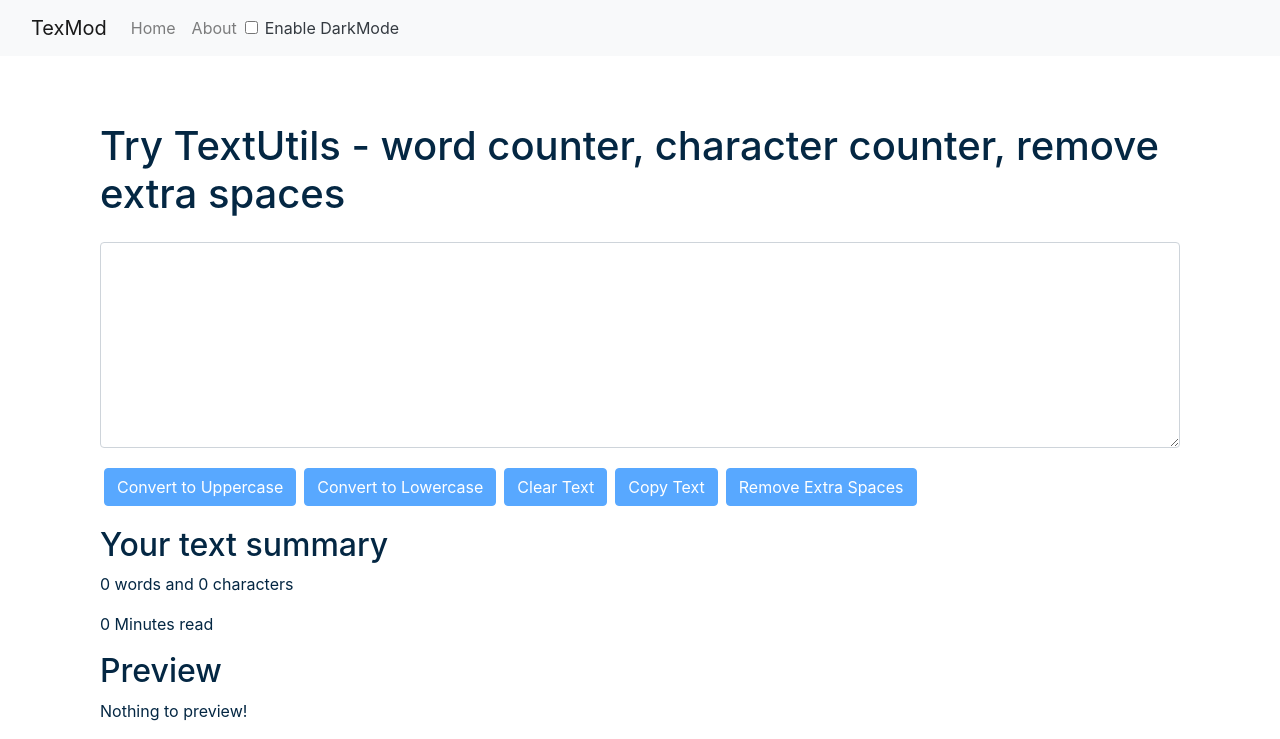
Repository: Ayush-dixit-15/TexMod
Page: /
These files come from the project's save history. The page is drawn as it stood at one moment and after the next save; the edit follows.
The browser window is 1280 px wide. The pictures show the whole page.
The project was rebuilt for these pictures with package versions that can differ from the ones it lists, and the page was loaded fresh each time. Also part of the build but not shown: src/index.css, src/App.css, src/components/About.js.

Above is the page before, as saved 2022-06-28 15:06:33.

After the next save:
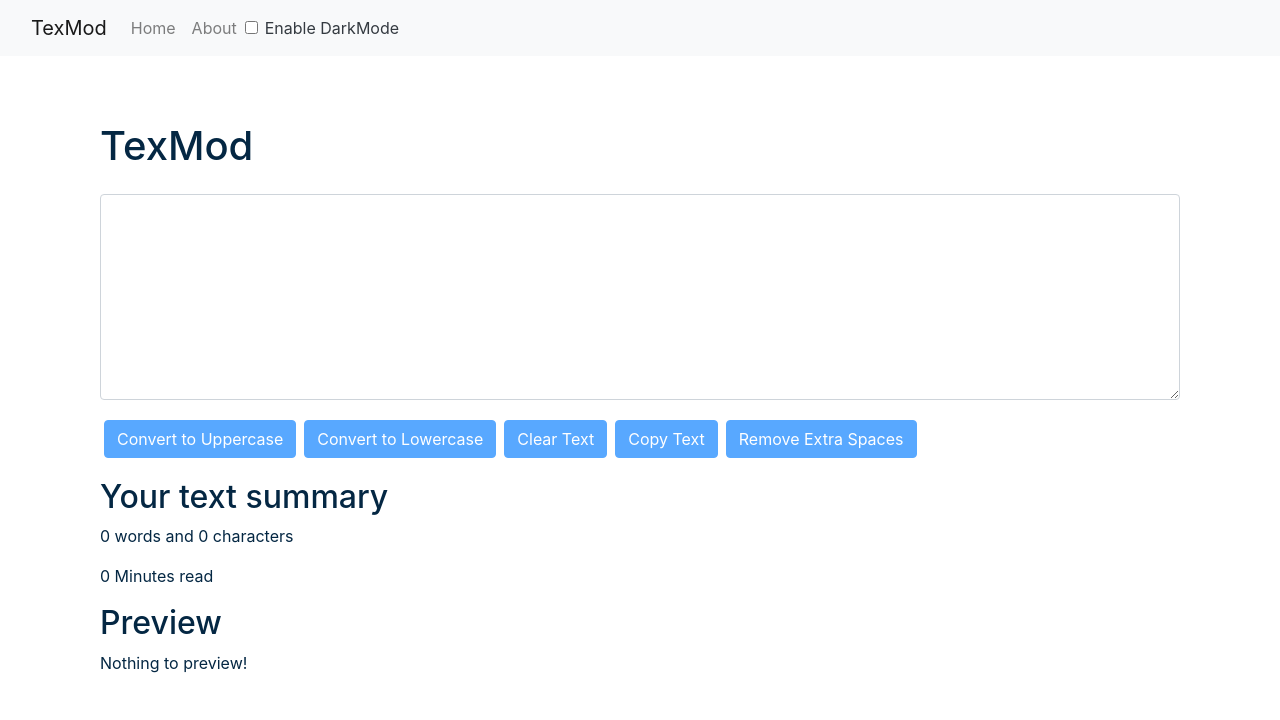
Saved 50 s later.
--- a/src/App.js
+++ b/src/App.js
@@ -50,7 +50,7 @@ function App() {
             <About mode={mode} />
           </Route>
           <Route exact path="/">
-            <TextForm showAlert={showAlert} heading="Try TextUtils - word counter, character counter, remove extra spaces" mode={mode}/>
+            <TextForm showAlert={showAlert} heading="TexMod" mode={mode}/>
           </Route>
     </Switch>
     </div>
